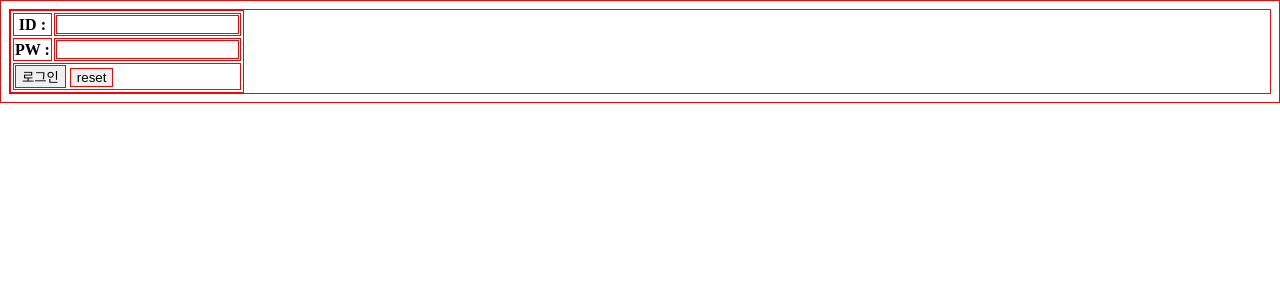
Repository: Shinhan1/shinhan
Page: http://localhost/web_goott/w20200323/jQueryEx05.jsp
The author's editor kept a copy of each file at every save. The page is drawn from the files as they stood at one save, then again after the next save.
The browser window is 1280 px wide. The pictures show the whole page.
The page is served by Tomcat 9.

Above is the page before, as saved 2020-03-23 06:48:44.

After the next save:
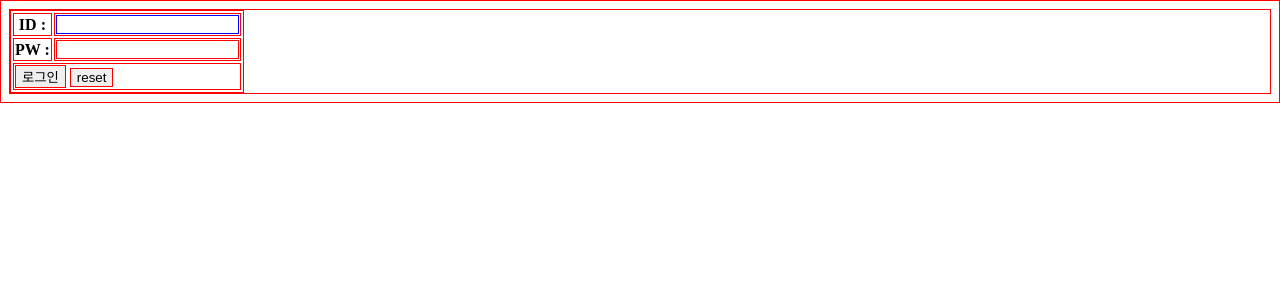
Saved 20 s later.
--- a/web_goott/WebContent/w20200323/jQueryEx05.jsp
+++ b/web_goott/WebContent/w20200323/jQueryEx05.jsp
@@ -12,7 +12,8 @@
 		// HTML 모든 엘리먼트를 찾아서 붉은 선으로 표시
 		$("*").css("border", "1px solid red");
 
-		// i
+		// id가 id인 엘리먼트를 찾아서 CSS효과 추가
+		$("#id").css("border", "1px solid blue");
 
 	});
 
